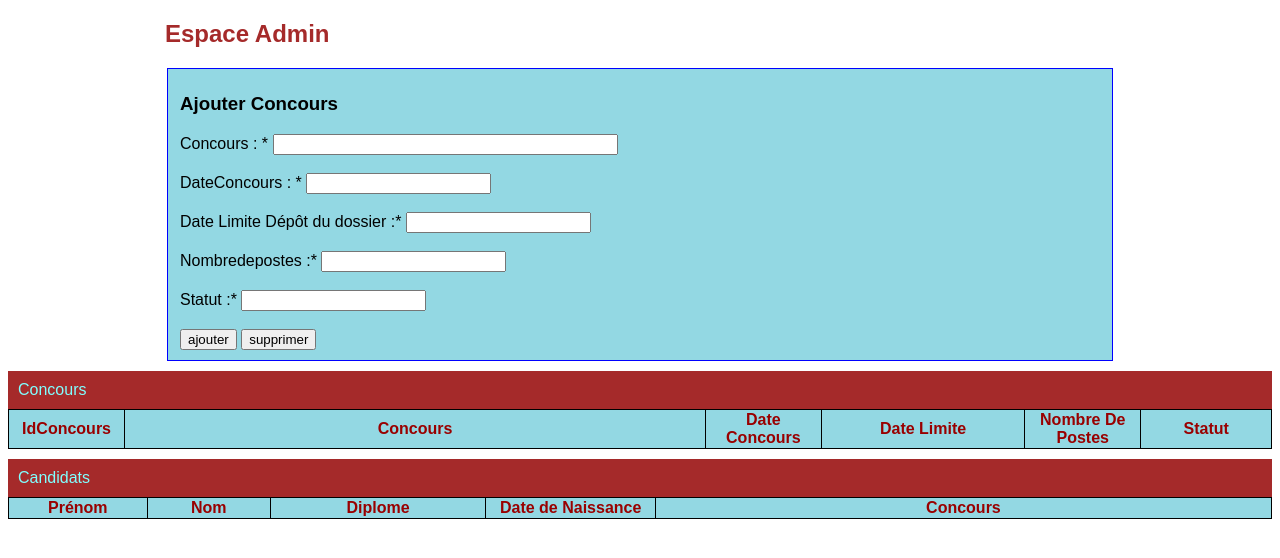
Repository: yahouari/Stage2019
Page: http://localhost/test/Gestion.jsp
The author's editor kept a copy of each file at every save. The page is drawn from the files as they stood at one save, then again after the next save.
The browser window is 1280 px wide. The pictures show the whole page.
The page is served by Tomcat 9. Queries for data that is not in the repository find no rows.

Above is the page before, as saved 2019-07-29 09:17:20.

After the next save:
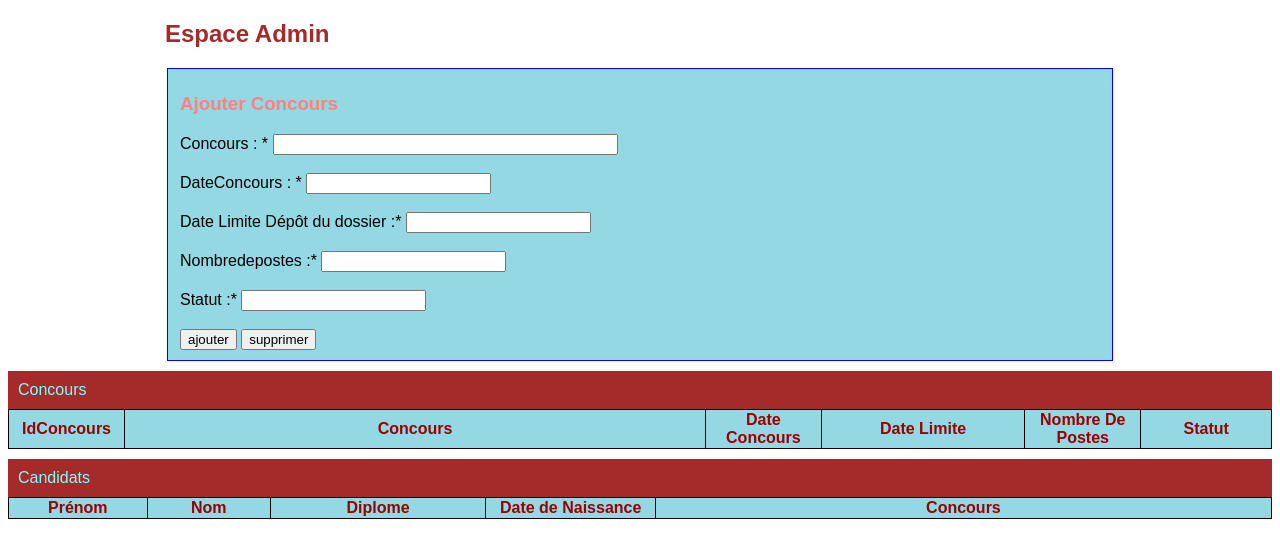
Saved 65 s later.
--- a/test/WebContent/inc/gest.css
+++ b/test/WebContent/inc/gest.css
@@ -43,3 +43,7 @@ td, th /* Mettre une bordure sur les td ET les th */
     border: 1px solid black;
     color: #900;
 }
+h3
+{
+	 color: #ff8080
+}
